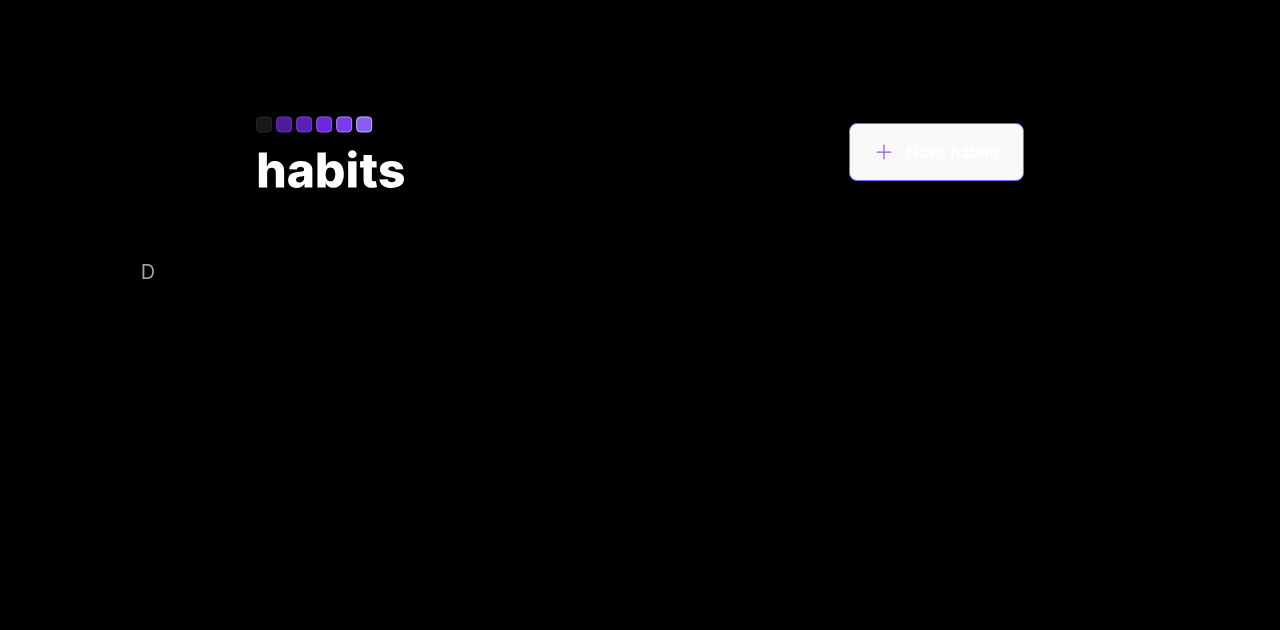
Repository: Herlander929/Setup-Constolador-de-h-bitos
Page: / (app in front-end/web/), after clicking the first element matching `button.border`
The author's editor kept a copy of each file at every save. The page is drawn from the files as they stood at one save, then again after the next save.
The browser window is 1280 px wide. The pictures show the whole page.
The project was rebuilt for these pictures with package versions that can differ from the ones it lists, and the page was loaded fresh each time. Also part of the build but not shown: front-end/web/vite.config.ts.

Above is the page before, as saved 2023-01-19 12:00:04.

After the next save:
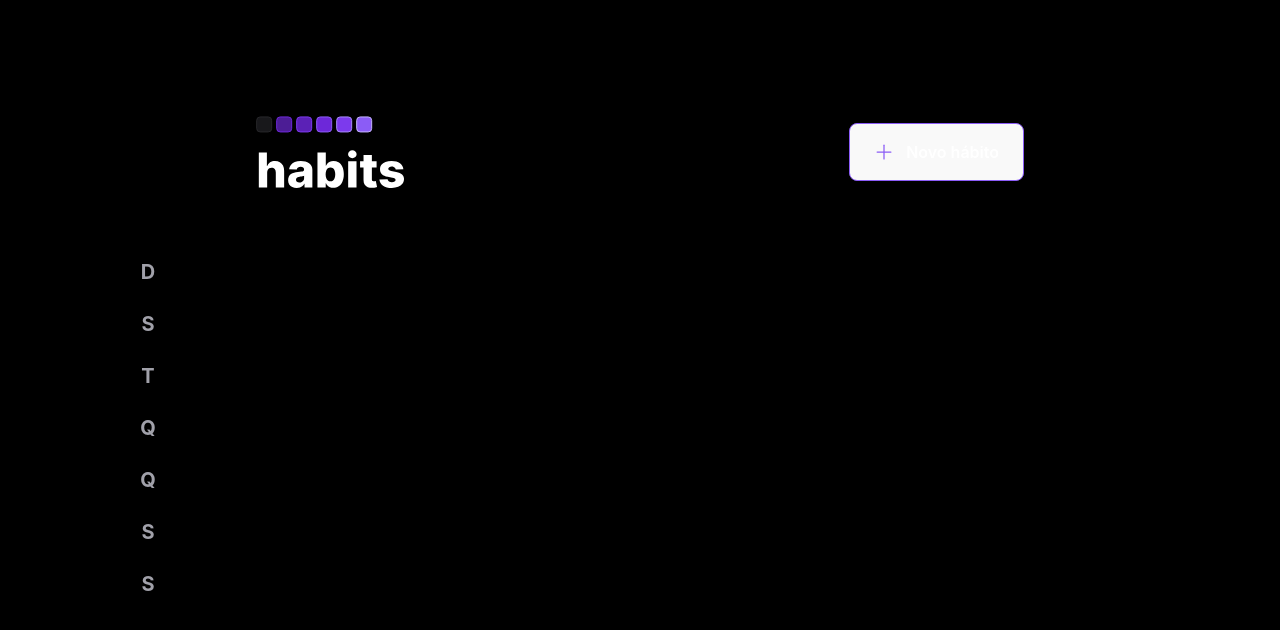
Saved 4 min 17 s later.
--- a/front-end/web/src/componentes/SummaryTable.tsx
+++ b/front-end/web/src/componentes/SummaryTable.tsx
@@ -1,15 +1,22 @@
+const weekDays = ['D', 'S', 'T', 'Q', 'Q', 'S', 'S']
 
 
-
-export function SummaryTable () {
+export function SummaryTable() {
 
 
     return (
         <div className="w-full flex">
             <div className="grid grid-rows-7 grid-flow-row gap-3">
-                <div className="text-zinc-400 text-xl h-10 w-10 flex items-center justify-center">
-                    D
-                </div>
+
+                {weekDays.map(weekDay => {
+                    return (
+                        <div className="text-zinc-400 text-xl font-bold h-10 w-10 flex items-center justify-center">
+                            {weekDay}
+                        </div>
+
+                    )
+                })}
+
 
             </div>
         </div>
